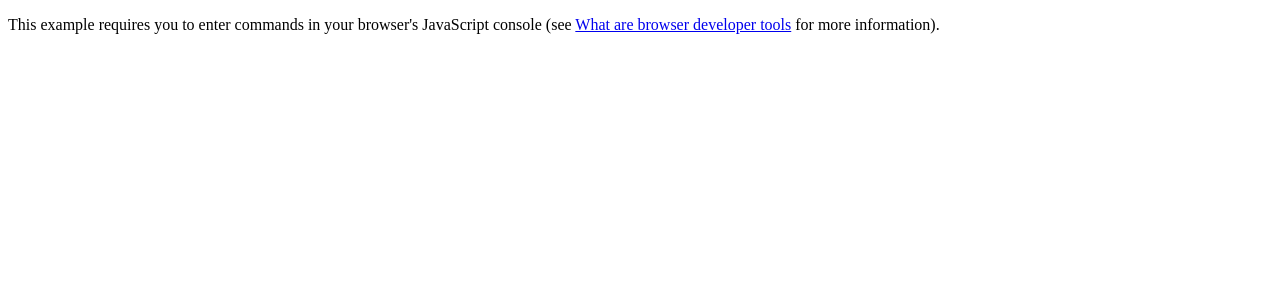
Repository: Valhally/web-projects
Page: sample-site/index.html
The author's editor kept a copy of each file at every save. The page is drawn from the files as they stood at one save, then again after the next save.
The browser window is 1280 px wide. The pictures show the whole page.

Above is the page before, as saved 2021-08-23 14:52:46.

After the next save:
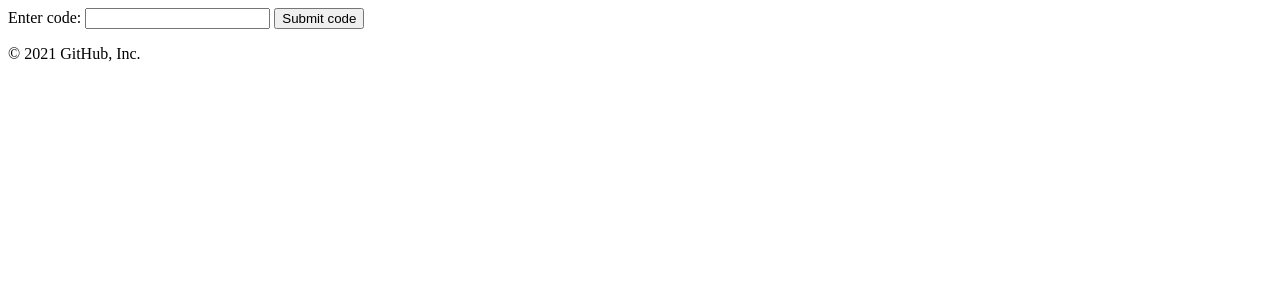
Saved 41 min 16 s later.
--- a/sample-site/index.html
+++ b/sample-site/index.html
@@ -2,13 +2,94 @@
 <html>
   <head>
     <meta charset="utf-8">
-    <title>Object-oriented JavaScript example</title>
+    <title>Object-oriented JavaScript inheritance</title>
   </head>
 
   <body>
-    <p>This example requires you to enter commands in your browser's JavaScript console (see <a href="https://developer.mozilla.org/en-US/docs/Learn/Common_questions/What_are_browser_developer_tools">What are browser developer tools</a> for more information).</p>
+    <div>
+      <label for="jscode">Enter code:</label>
+      <input type="text" id="jscode">
+      <button>Submit code</button>
+    </div>
 
+    <p></p>
   </body>
 
-    <script src="resources/main.js" async ></script>
+    <script>
+      const input = document.querySelector('input');
+      const btn = document.querySelector('button');
+      const para = document.querySelector('p');
+
+      btn.onclick = function() {
+        const code = input.value;
+        para.textContent = eval(code);
+      }
+
+      function Person(first, last, age, gender, interests) {
+        this.name = {
+          first,
+          last
+        };
+        this.age = age;
+        this.gender = gender;
+        this.interests = interests;
+      };
+
+      Person.prototype.bio = function() {
+        // First define a string, and make it equal to the part of
+        // the bio that we know will always be the same.
+        let string = this.name.first + ' ' + this.name.last + ' is ' + this.age + ' years old. ';
+        // define a variable that will contain the pronoun part of
+        // the second sentence
+        let pronoun;
+
+        // check what the value of gender is, and set pronoun
+        // to an appropriate value in each case
+        if(this.gender === 'male' || this.gender === 'Male' || this.gender === 'm' || this.gender === 'M') {
+          pronoun = 'He likes ';
+        } else if(this.gender === 'female' || this.gender === 'Female' || this.gender === 'f' || this.gender === 'F') {
+          pronoun = 'She likes ';
+        } else {
+          pronoun = 'They like ';
+        }
+
+        // add the pronoun string on to the end of the main string
+        string += pronoun;
+
+        // use another conditional to structure the last part of the
+        // second sentence depending on whether the number of interests
+        // is 1, 2, or 3
+        if(this.interests.length === 1) {
+          string += this.interests[0] + '.';
+        } else if(this.interests.length === 2) {
+          string += this.interests[0] + ' and ' + this.interests[1] + '.';
+        } else {
+          // if there are more than 2 interests, we loop through them
+          // all, adding each one to the main string followed by a comma,
+          // except for the last one, which needs an and & a full stop
+          for(let i = 0; i < this.interests.length; i++) {
+            if(i === this.interests.length - 1) {
+              string += 'and ' + this.interests[i] + '.';
+            } else {
+              string += this.interests[i] + ', ';
+            }
+          }
+        }
+
+        // finally, with the string built, we alert() it
+        alert(string);
+      };
+
+      Person.prototype.greeting = function() {
+        alert('Hi! I\'m ' + this.name.first + '.');
+      };
+
+      Person.prototype.farewell = function() {
+        alert(this.name.first + ' has left the building. Bye for now!');
+      }
+
+      let person1 = new Person('Tammi', 'Smith', 17, 'female', ['music', 'skiing', 'kickboxing']);
+
+    </script>
 </html>
+© 2021 GitHub, Inc.
